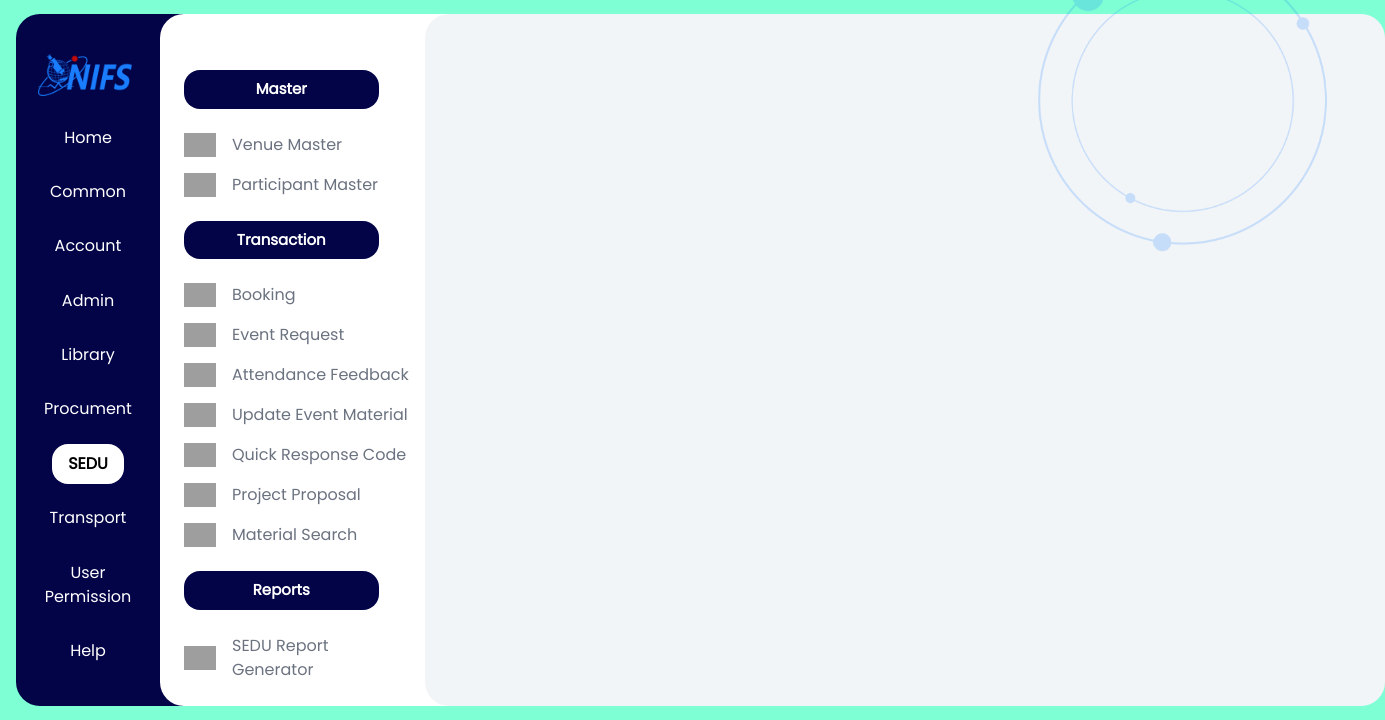
Repository: virangaj/NIFS-WebApp
Page: /sedu (app in client/)
The author's editor kept a copy of each file at every save. The page is drawn from the files as they stood at one save, then again after the next save.
The browser window is 1280 px wide. The page is 1385 px wide, so the pictures cover 1385 px, including what lies to the right of the window. The pictures show the whole page.
Pictures or frames that could not be fetched are drawn as grey boxes. The project was rebuilt for these pictures with package versions that can differ from the ones it lists, and the page was loaded fresh each time. Also part of the build but not shown: client/src/pages/Login.tsx, client/src/pages/Home.tsx, client/src/components/Transport/shared/TransportNavbar.js, client/src/pages/TransportMainPage.tsx, client/src/pages/CommonMainPage.tsx, client/src/pages/AccountMainPage.tsx, client/src/pages/AdminMainPage.tsx, client/src/pages/LibraryMainPage.js and 15 more.

Above is the page before, as saved 2022-07-31 00:39:40.

After the next save:
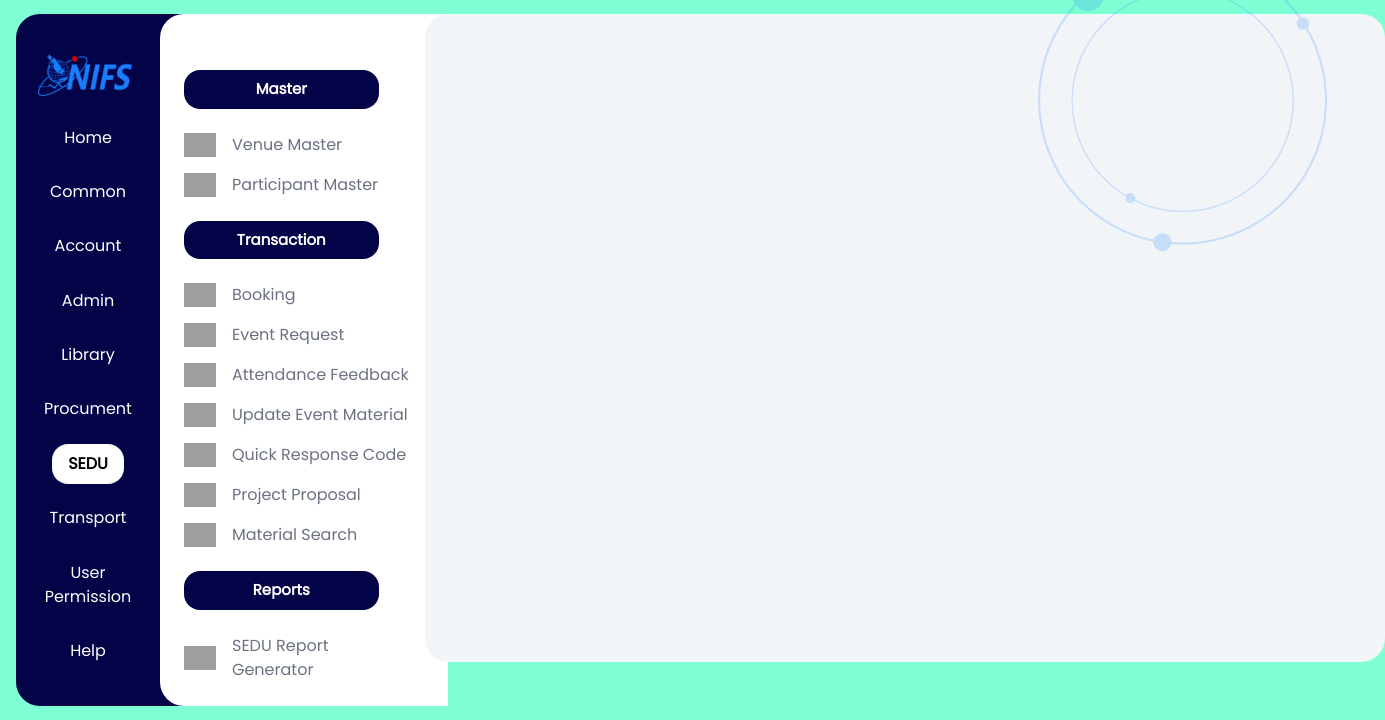
Saved 97 s later.
--- a/client/src/index.css
+++ b/client/src/index.css
@@ -151,6 +151,11 @@
 }
 
 /* body content*/
+.custom-scroll {
+  width: 75vw;
+  height: 90vh;
+}
+
 .custom-scroll::-webkit-scrollbar {
   width: 5px;
 }

After the 4 saves that followed:
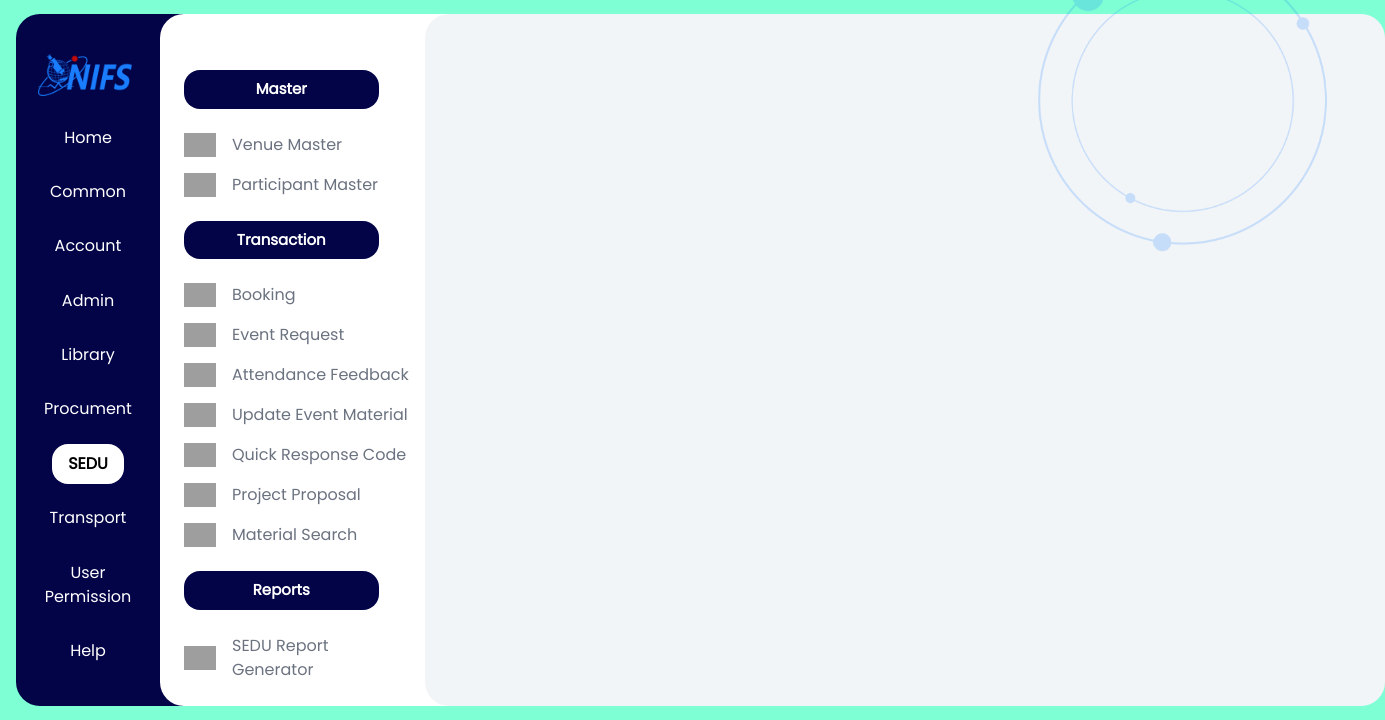
The 4 saves are shown as one change because 3 left the picture as it was.
The last was saved 29 s later.
--- a/client/src/index.css
+++ b/client/src/index.css
@@ -153,7 +153,7 @@
 /* body content*/
 .custom-scroll {
   width: 75vw;
-  height: 90vh;
+  height: 96vh;
 }
 
 .custom-scroll::-webkit-scrollbar {
--- a/client/src/pages/SeduMainPage.tsx
+++ b/client/src/pages/SeduMainPage.tsx
@@ -35,7 +35,7 @@ function SeduMainPage() {
 				<VerticalSecondaryNavbar pages={Pages} />
 			</div>
 
-			<div className='absolute left-[425px] top-[2vh] bg-body-content-bg w-[75vw] h-[96vh] rounded-3xl overflow-y-scroll pl-10 pt-8 pr-4 pb-4 custom-scroll'>
+			<div className='absolute left-[425px] top-[2vh] bg-body-content-bg rounded-3xl overflow-y-scroll pl-10 pt-8 pr-4 pb-4 custom-scroll'>
 				<div className='fixed w-[400px] top-[-100px] right-[-100px]'>
 					<img src={Dots} alt="Dots" />
 				</div>
